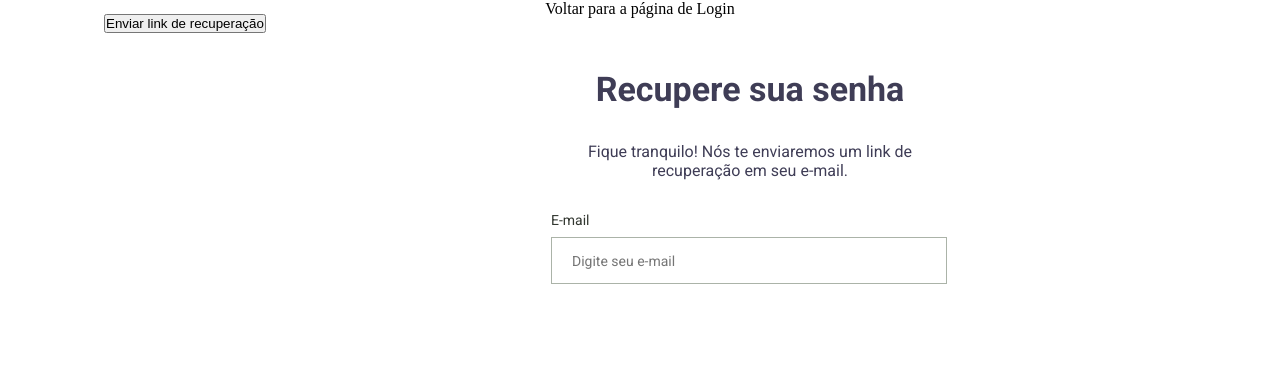
Repository: RenatoCCS/formularios
Page: senha.html
The author's editor kept a copy of each file at every save. The page is drawn from the files as they stood at one save, then again after the next save.
The browser window is 1280 px wide. The pictures show the whole page.

Above is the page before, as saved 2023-03-27 21:46:06.

### senha.html
<!DOCTYPE html>
<html lang="pt-br">
  <head>
    <meta charset="UTF-8" />
    <meta http-equiv="X-UA-Compatible" content="IE=edge" />
    <meta name="viewport" content="width=device-width, initial-scale=1.0" />
    <link rel="stylesheet" href="style.css" />
    <title>Recupere sua senha</title>
  </head>
  <body class="container">
    <form action="" class="form__Login">
      <div class="form__Senha__Titulo">
        <h1>Recupere sua senha</h1>
      </div>

      <div class="senha__Frase">
        <p>
          Fique tranquilo! Nós te enviaremos um link de recuperação em seu
          e-mail.
        </p>
      </div>

      <div class="senha__Email">
        <label class="senha__Email__Titulo" for="email">E-mail</label>

        <input
          class="senha__Email__Campo"
          id="email"
          type="email"
          name="email"
          placeholder="Digite seu e-mail"
        />
      </div>

      <div class="senha__Botao__Titulo">
        <button class="senha__Botao__Campo" type="submit">
          Enviar link de recuperação
        </button>
      </div>

      <div>
        <p>Voltar para a página de Login</p>
      </div>
    </form>
  </body>
</html>

### style.css
@import url('https://fonts.googleapis.com/css2?family= Roboto :wght@400;500;700 & display=swap');

* {
  margin: 0;
  padding: 0;
}

:root {
  --primeira-cor: #3f3d56;
  --segunda-cor: #323730;
  --terceira-cor: #abb3a8;
  --quarta-cor: #ffffff;
  --quinta-cor: #3f3f40;
  --sexta-cor: #da2a41;

  --fonte-primaria: 'Roboto', sans-serif;
}

.container {
  display: flex;
  justify-content: center;
}

.form__Cadastro__Titulo {
  position: absolute;
  width: 302px;
  height: 43px;
  left: 569px;
  top: 68px;
  color: var(--primeira-cor);
  font-family: var(--fonte-primaria);
  font-style: normal;
  font-weight: 700;
  font-size: 17px; /*o indicado é 37px, mas se manter quebra a linha*/
  line-height: 43px;
  text-align: center;
}

.nome__Cadastro {
  position: absolute;
  width: 396px;
  height: 69px;
  top: 139px;
  left: 522px;
}

.nome__Cadastro__Nomecompleto {
  position: absolute;
  width: 100px;
  height: 24px;
  top: -6px;
  left: 0px;
  color: var(--segunda-cor);
  font-family: var(--fonte-primaria);
  font-style: normal;
  font-weight: 400;
  font-size: 14px;
  line-height: 24px;
}

.nome__Cadastro__Campo {
  position: absolute;
  width: 163px;
  height: 24px;
  top: 34px;
  left: 14px;
  color: var(--terceira-cor);
  font-family: var(--fonte-primaria);
  font-style: normal;
  font-weight: 400;
  font-size: 14px;
  line-height: 24px;
  padding: 12px 219px 11px 14px;
}

.nome__Cadastro__Campo {
  box-sizing: border-box;
  border: 1px solid;
  position: absolute;
  width: 396px;
  height: 47px;
  top: 22px;
  left: 0%;
  right: 0%;
  top: 31.88%;
  bottom: 0%;
  color: var(--terceira-cor);
  background-color: var(--quarta-cor);
}

.data__Cadastro {
  position: absolute;
  width: 170px;
  height: 74px;
  left: 522px;
  top: 232px;
}

.data__Cadastro__Nascimento {
  position: absolute;
  width: 127px;
  height: 18px;
  top: -2px;
  left: 0px;
  color: var(--quinta-cor);
  font-family: var(--fonte-primaria);
  font-style: normal;
  font-weight: 400;
  font-size: 14px;
  line-height: 24px;
  display: flex;
  align-items: center;
}

.data__Cadastro__Calendario {
  position: absolute;
  width: 83px;
  height: 24px;
  top: 12px;
  left: 14px;
  color: var(--terceira-cor);
  font-family: var(--fonte-primaria);
  font-style: normal;
  font-weight: 400;
  font-size: 14px;
  line-height: 24px;
  display: flex;
  align-items: center;
  padding: 12px 0px 11px 14px;
}

.data__Cadastro__Calendario {
  box-sizing: border-box;
  border: 1px solid;
  position: absolute;
  width: 170px;
  height: 47px;
  top: 22px;
  left: 0%;
  right: 0%;
  top: 31.88%;
  bottom: 0%;
  color: var(--terceira-cor);
  background-color: var(--quarta-cor);
}

.pais__Cadastro {
  position: absolute;
  width: 208px;
  height: 69px;
  top: 230px;
  left: 710px;
}

.pais__Cadastro__Pais {
  position: absolute;
  width: 34px;
  height: 15px;
  top: -2px;
  left: 0px;
  color: var(--segunda-cor);
  font-family: var(--fonte-primaria);
  font-style: normal;
  font-weight: 400;
  font-size: 14px;
  line-height: 24px;
}

.pais__Cadastro__Vermelho {
  position: absolute;
  width: 34px;
  height: 15px;
  top: -2px;
  left: 30px;
  color: var(--sexta-cor);
  font-family: var(--fonte-primaria);
  font-style: normal;
  font-weight: 400;
  font-size: 14px;
  line-height: 24px;
}

.pais__Cadastro__Campo {
  position: absolute;
  width: 66px;
  height: 24px;
  top: 34px;
  left: 14px;
  color: var(--terceira-cor);
  font-family: var(--fonte-primaria);
  font-style: normal;
  font-weight: 400;
  font-size: 14px;
  line-height: 24px;
  padding: 12px 11px 14px;
}

.pais__Cadastro__Campo {
  box-sizing: border-box;
  border: 1px solid;
  position: absolute;
  width: 208px;
  height: 47px;
  top: 24px;
  left: 0%;
  right: 0%;
  top: 31, 88%;
  bottom: 0%;
  color: var(--terceira-cor);
  background-color: var(--quarta-cor);
}

.pais__Cadastro__Campo option {
  position: absolute;
  color: var(--segunda-cor);
  font-family: var(--fonte-primaria);
  font-style: normal;
  font-weight: 400;
  font-size: 14px;
  line-height: 16px;
}

.pais__Cadastro__Seta {
  position: absolute;
  width: 12px;
  height: 6px;
  top: 45px;
  left: 193px;
}

.genero__Cadastro {
  position: absolute;
  width: 386px;
  height: 50px;
  top: 328px;
  left: 522px;
}

.genero__Cadastro__Titulo {
  position: absolute;
  width: 49px;
  height: 24px;
  top: -2px;
  left: 0px;
  color: var(--segunda-cor);
  font-family: var(--fonte-primaria);
  font-style: normal;
  font-weight: 400;
  font-size: 14px;
  line-height: 24px;
}

.genero__Cadastro__Botao1 {
  position: absolute;
  box-sizing: border-box;
  width: 18px;
  height: 18px;
  top: 32px;
  left: 0px;
}

.genero__Cadastro__Feminino {
  position: absolute;
  width: 58px;
  height: 16px;
  top: 32px;
  left: 24px;
  color: var(--segunda-cor);
  font-family: var(--fonte-primaria);
  font-style: normal;
  font-weight: 400;
  font-size: 14px;
  line-height: 16px;
}

.genero__Cadastro__Botao2 {
  position: absolute;
  box-sizing: border-box;
  width: 18px;
  height: 18px;
  top: 32px;
  left: 137px;
}

.genero__Cadastro__Masculino {
  position: absolute;
  width: 65px;
  height: 16px;
  top: 32px;
  left: 161px;
  color: var(--segunda-cor);
  font-family: var(--fonte-primaria);
  font-style: normal;
  font-weight: 400;
  font-size: 14px;
  line-height: 16px;
}

.genero__Cadastro__Botao3 {
  position: absolute;
  box-sizing: border-box;
  width: 18px;
  height: 18px;
  top: 32px;
  left: 282px;
}

.genero__Cadastro__Naodeclarar {
  position: absolute;
  width: 81px;
  height: 16px;
  top: 32px;
  left: 306px;
  color: var(--segunda-cor);
  font-family: var(--fonte-primaria);
  font-style: normal;
  font-weight: 400;
  font-size: 14px;
  line-height: 16px;
}

.email__Cadastro {
  position: absolute;
  width: 396px;
  height: 69px;
  top: 406px;
  left: 522px;
}

.email__Cadastro__Titulo {
  position: absolute;
  width: 40px;
  height: 24px;
  top: -4px;
  left: 0px;
  color: var(--segunda-cor);
  font-family: var(--fonte-primaria);
  font-style: normal;
  font-weight: 400;
  font-size: 14px;
  line-height: 24px;
}

.email__Cadastro__Campo {
  position: absolute;
  width: 104px;
  height: 24px;
  top: 34px;
  left: 14px;
  color: var(--terceira-cor);
  font-family: var(--fonte-primaria);
  font-style: normal;
  font-weight: 400;
  font-size: 14px;
  line-height: 24px;
  padding: 12px 270px 11px 14px;
}

.email__Cadastro__Campo {
  box-sizing: border-box;
  border: 1px solid;
  position: absolute;
  width: 396px;
  height: 47px;
  top: 22px;
  left: 0%;
  right: 0%;
  top: 31.88%;
  bottom: 0%;
  color: var(--terceira-cor);
  background-color: var(--quarta-cor);
}

.senha__Cadastro {
  position: absolute;
  width: 396px;
  height: 75px;
  top: 497px;
  left: 522px;
}

.senha__Cadastro__Titulo {
  position: absolute;
  width: 39px;
  height: 24px;
  top: -4px;
  left: 0px;
  color: var(--segunda-cor);
  font-family: var(--fonte-primaria);
  font-style: normal;
  font-weight: 400;
  font-size: 14px;
  line-height: 24px;
}

.senha__Cadastro__Campo {
  position: absolute;
  width: 97px;
  height: 24px;
  top: 34px;
  left: 14px;
  color: var(--terceira-cor);
  font-family: var(--fonte-primaria);
  font-style: normal;
  font-weight: 400;
  font-size: 14px;
  line-height: 24px;
  padding: 12px 278px 11px 14px;
}

.senha__Cadastro__Campo {
  box-sizing: border-box;
  border: 1px solid;
  position: absolute;
  width: 396px;
  height: 47px;
  top: 22px;
  left: 0%;
  right: 0%;
  top: 31.88%;
  bottom: 0%;
  color: var(--terceira-cor);
  background-color: var(--quarta-cor);
}

.confirma__Cadastro {
  position: absolute;
  width: 396px;
  height: 75px;
  top: 594px;
  left: 522px;
}

.confirma__Cadastro__Titulo {
  position: absolute;
  width: 126px;
  height: 24px;
  top: -4px;
  left: 0px;
  color: var(--segunda-cor);
  font-family: var(--fonte-primaria);
  font-style: normal;
  font-weight: 400;
  font-size: 14px;
  line-height: 24px;
}

.confirma__Cadastro__Campo {
  position: absolute;
  width: 104px;
  height: 24px;
  top: 34px;
  left: 14px;
  color: var(--terceira-cor);
  font-family: var(--fonte-primaria);
  font-style: normal;
  font-weight: 400;
  font-size: 14px;
  line-height: 24px;
  padding: 12px 276px 11px 14px;
}

.confirma__Cadastro__Campo {
  box-sizing: border-box;
  border: 1px solid;
  position: absolute;
  width: 396px;
  height: 47px;
  top: 22px;
  left: 0%;
  right: 0%;
  top: 31.88%;
  bottom: 0%;
  color: var(--terceira-cor);
  background-color: var(--quarta-cor);
}

.termo__Cadastro {
  position: absolute;
  width: 396px;
  height: 34px;
  top: 697px;
  left: 522px;
}

.termo__Cadastro__Botao {
  position: absolute;
  width: 18px;
  height: 18px;
  top: 0px;
  left: 0px;
  color: var(--segunda-cor);
  font-family: var(--fonte-primaria);
  font-style: normal;
  font-weight: 400;
  font-size: 14px;
  line-height: 24px;
}

.termo__Cadastro__Texto {
  position: absolute;
  width: 368px;
  height: 34px;
  top: -3px;
  left: 30px;
  color: var(--segunda-cor);
  font-family: var(--fonte-primaria);
  font-style: normal;
  font-weight: 400;
  font-size: 14px;
  line-height: 130%;
}

.botao__Cadastro {
  position: absolute;
  width: 396px;
  height: 47px;
  top: 759px;
  left: 522px;
}

.botao__Cadastro__Cadastrar {
  box-sizing: border-box;
  border: 1px solid;
  border-radius: 5px;
  position: absolute;
  width: 396px;
  height: 47px;
  top: 0px;
  background-color: var(--primeira-cor);
}

.botao__Cadastro__Cadastrar {
  color: var(--quarta-cor);
  font-family: var(--fonte-primaria);
  font-style: normal;
  font-weight: 500;
  font-size: 16px;
  line-height: 19px;
  text-align: center;
}

.pergunta__Cadastro {
  position: absolute;
  width: 300px;
  height: 16px;
  top: 834px;
  left: 572px;
  color: var(--segunda-cor);
  font-family: var(--fonte-primaria);
  font-style: normal;
  font-weight: 400;
  font-size: 14px;
  line-height: 16px;
}

/*Inicio da parte Login*/

.form__Login__Titulo {
  position: absolute;
  width: 300px; /*O indicado era 240*/
  height: 43px;
  top: 68px;
  left: 601px;
  color: var(--primeira-cor);
  font-family: var(--fonte-primaria);
  font-style: normal;
  font-weight: 700;
  font-size: 37px;
  line-height: 43px;
  text-align: center;
}

.email__Login {
  position: absolute;
  width: 515px;
  height: 69px;
  top: 142px;
  left: 480px;
}

.email__Login__Titulo {
  position: absolute;
  width: 478px;
  height: 16px;
  top: 0px;
  left: 0px;
  color: var(--segunda-cor);
  font-family: var(--fonte-primaria);
  font-style: normal;
  font-weight: 400;
  font-size: 14px;
  line-height: 16px;
}

.email__Login__Campo {
  position: absolute;
  width: 104px;
  height: 16px;
  top: 38px;
  left: 17px;
  color: var(--terceira-cor);
  font-family: var(--fonte-primaria);
  font-style: normal;
  font-weight: 400;
  font-size: 14px;
  line-height: 16px;
  padding: 16px 390px 15px 17px;
}

.email__Login__Campo {
  box-sizing: border-box;
  border: 1px solid;
  position: absolute;
  width: 515px;
  height: 47px;
  top: 22px;
  left: 0%;
  right: 0%;
  top: 31.88%;
  bottom: 0%;
  color: var(--terceira-cor);
  background-color: var(--quarta-cor);
}

.senha__Login {
  position: absolute;
  width: 515px;
  height: 69px;
  top: 250px;
  left: 480px;
}

.senha__Login__Titulo {
  position: absolute;
  width: 39px;
  height: 16px;
  top: 0px;
  left: 0px;
  color: var(--segunda-cor);
  font-family: var(--fonte-primaria);
  font-style: normal;
  font-weight: 400;
  font-size: 14px;
  line-height: 16px;
}

.senha__Login__Campo {
  position: absolute;
  width: 97px;
  height: 16px;
  top: 288px;
  left: 480px;
  color: var(--terceira-cor);
  font-family: var(--fonte-primaria);
  font-style: normal;
  font-weight: 400;
  font-size: 14px;
  line-height: 16px;
  padding: 16px 390px 15px 17px;
}

.senha__Login__Campo {
  box-sizing: border-box;
  border: 1px solid;
  position: absolute;
  width: 515px;
  height: 47px;
  top: 22px;
  left: 0%;
  right: 0%;
  top: 31.88%;
  bottom: 0%;
  color: var(--terceira-cor);
  background-color: var(--quarta-cor);
}

.conectado__Login__Botao {
  position: absolute;
  width: 18px;
  height: 18px;
  top: 345px;
  left: 480px;
}

.conectado__Login__Texto {
  position: absolute;
  width: 165px;
  height: 16px;
  top: 346px;
  left: 510px;
  color: var(--segunda-cor);
  font-family: var(--fonte-primaria);
  font-style: normal;
  font-weight: 400;
  font-size: 14px;
  line-height: 16px;
}

.conectado__Login__Senha {
  position: absolute;
  width: 150px;
  height: 16px;
  top: 346px;
  left: 844px;
  color: var();
  font-family: var(--fonte-primaria);
  font-style: normal;
  font-weight: 400;
  font-size: 14px;
  line-height: 16px;
}

.botao__Login {
  position: absolute;
  width: 514px;
  height: 47px;
  top: 393px;
  left: 480px;
}

.botao__Entrar__Login {
  position: absolute;
  width: 43px;
  height: 19px;
  top: 14px;
  left: 236px;
  color: var(--quarta-cor);
  font-family: var(--fonte-primaria);
  font-style: normal;
  font-weight: 500;
  font-size: 16px;
  line-height: 19px;
}

.botao__Entrar__Login {
  box-sizing: border-box;
  border: 1px solid;
  position: absolute;
  width: 514px;
  height: 47px;
  top: 22px;
  left: 0%;
  right: 0%;
  top: 0%;
  bottom: 0%;
  color: var(--quarta-cor);
  background-color: var(--primeira-cor);
}

.semConta__Login____Frase {
  position: absolute;
  width: 255px;
  height: 16px;
  top: 472px;
  left: 596px;
  color: var(--segunda-cor);
  font-family: var(--fonte-primaria);
  font-style: normal;
  font-weight: 400;
  font-size: 14px;
  line-height: 16px;
}

/*Inicio da parte de recupere a senha*/

.form__Senha__Titulo {
  position: absolute;
  width: 396px;
  height: 43px;
  top: 68px;
  left: 552px;
  color: var(--primeira-cor);
  font-family: var(--fonte-primaria);
  font-style: normal;
  font-weight: 700;
  font-size: 17px;
  line-height: 43px;
  text-align: center;
}

.senha__Frase {
  position: absolute;
  width: 396px;
  height: 38px;
  top: 142px;
  left: 552px;
  color: var(--primeira-cor);
  font-family: var(--fonte-primaria);
  font-style: normal;
  font-weight: 400;
  font-size: 16px;
  line-height: 19px;
  text-align: center;
}

.senha__Email {
  position: absolute;
  width: 396px;
  height: 69px;
  top: 215px;
  left: 551px;
}

.senha__Email__Titulo {
  position: absolute;
  width: 40px;
  height: 20px;
  top: -7px;
  left: 0px;
  color: var(--segunda-cor);
  font-family: var(--fonte-primaria);
  font-style: normal;
  font-weight: 400;
  font-size: 14px;
  line-height: 24px;
}

.senha__Email__Campo {
  position: absolute;
  width: 104px;
  height: 24px;
  top: 34px;
  left: 20px;
  color: var(--terceira-cor);
  font-family: var(--fonte-primaria);
  font-style: normal;
  font-weight: 400;
  font-size: 14px;
  line-height: 24px;
  padding: 12px 268px 11px 20px;
}

.senha__Email__Campo {
  box-sizing: border-box;
  border: 1px solid;
  position: absolute;
  width: 396px;
  height: 47px;
  top: 22px;
  left: 0%;
  right: 0%;
  top: 31.88%;
  bottom: 0%;
  color: var(--terceira-cor);
  background-color: var(--quarta-cor);
}

.senha__Botao__Titulo {
  position: absolute;
  width: 189px;
  height: 19px;
  top: 14px;
  left: 104px;
}

After the next save:
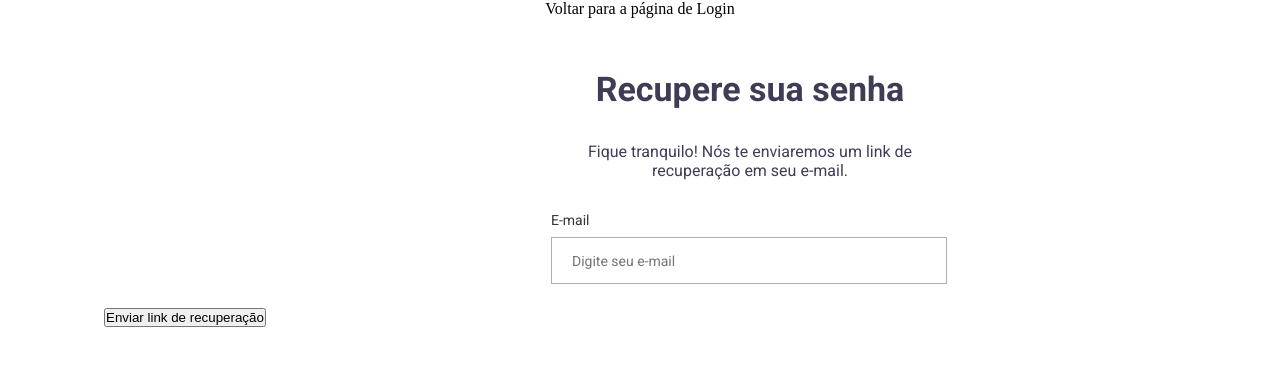
Saved 20 s later.
--- a/style.css
+++ b/style.css
@@ -850,6 +850,6 @@
   position: absolute;
   width: 189px;
   height: 19px;
-  top: 14px;
+  top: 308px;
   left: 104px;
 }
